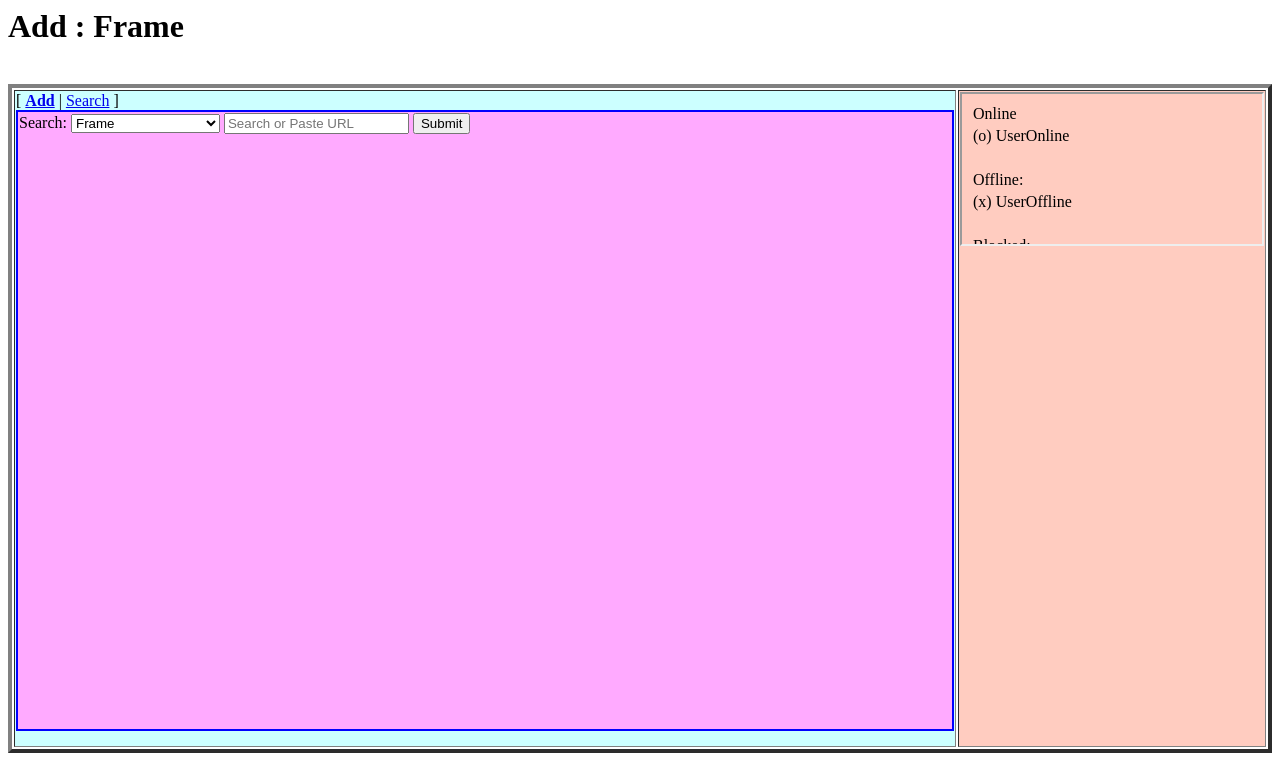
Repository: nevinleiby/SwapRC
Page: http://localhost/add_interface.php
The author's editor kept a copy of each file at every save. The page is drawn from the files as they stood at one save, then again after the next save.
The browser window is 1280 px wide. The pictures show the whole page.
The page is run by PHP 8.4 with error messages shown; the project is at /var/www/html/. Queries for data that is not in the repository find no rows.

Above is the page before, as saved 2019-09-09 11:18:04.
Console error (its wording comes from the project's code and is left out).

After the next save:
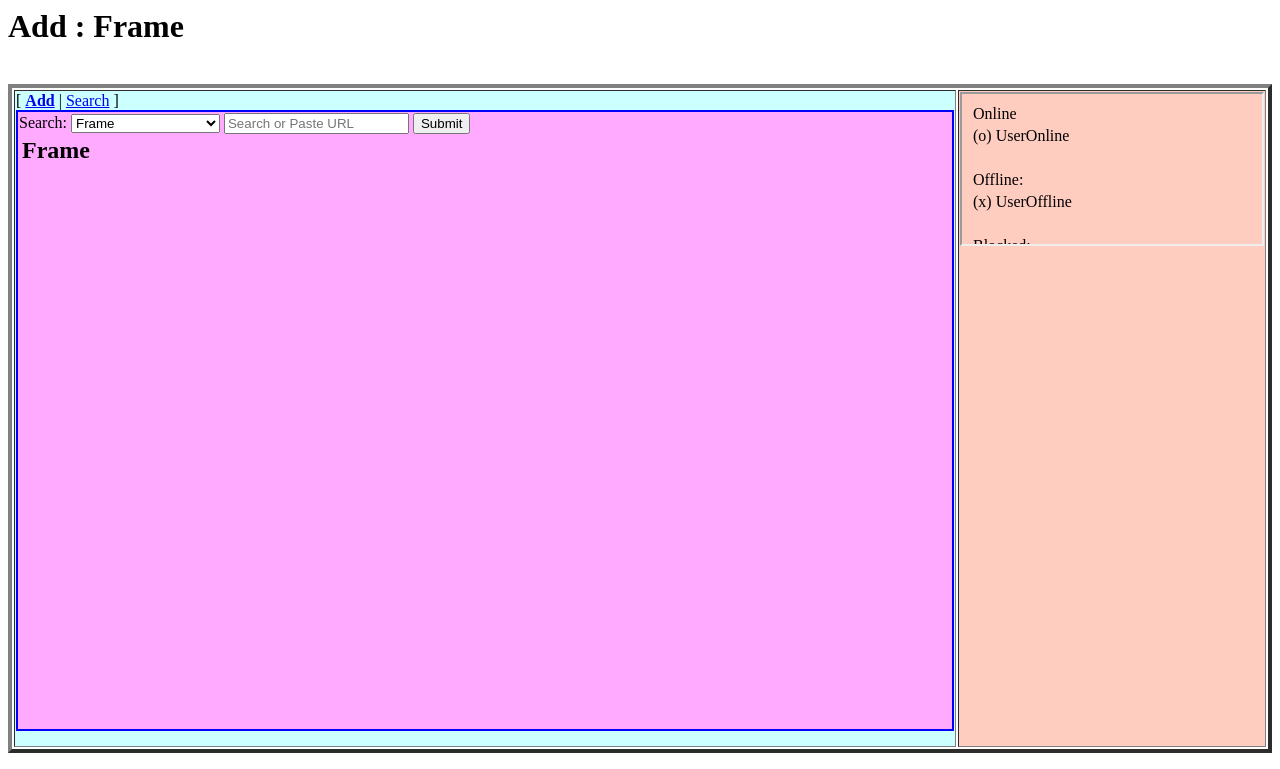
Saved 119 s later.
--- a/add_interface.php
+++ b/add_interface.php
@@ -365,6 +365,7 @@ echo <<<_END
 
                                     <table>
                                         <tr><td>
+                                        <h2>$category</h2>
                                         $search_input_text
                                         </td></tr>
                                     </table>
